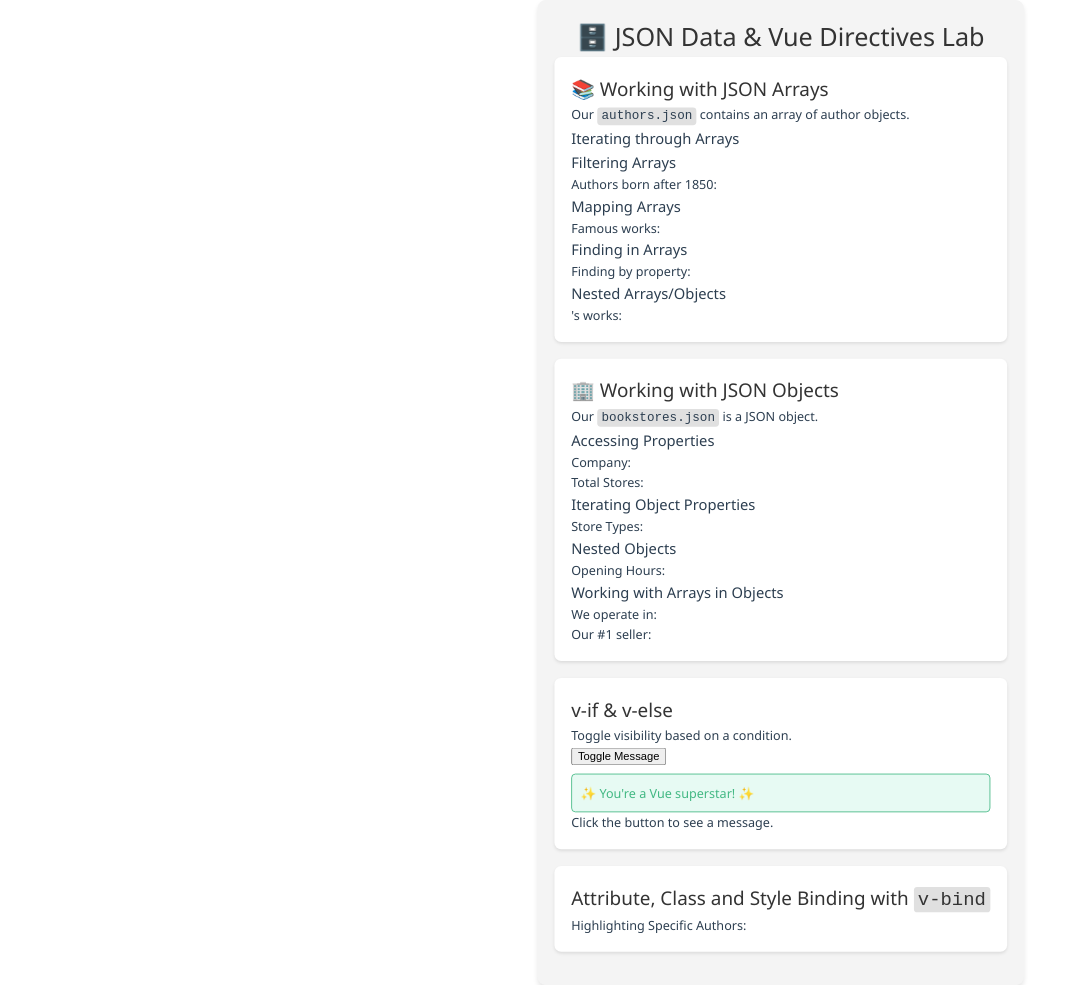
Repository: Andrew-JX/mji-library
Page: /
These files come from the project's save history. The page is drawn as it stood at one moment and after the next save; the edit follows.
The browser window is 1280 px wide. The pictures show the whole page, at 84% of full size.
The project was rebuilt for these pictures with package versions that can differ from the ones it lists, and the page was loaded fresh each time. Also part of the build but not shown: vite.config.js.

Above is the page before, as saved 2025-08-06 14:30:51.

### src/App.vue
<script setup>
import JSONView from "./components/JSON.vue";
</script>

<template>
  <header>
  </header>

  <main>
    <JSONView />
  </main>
</template>

<style scoped>
header {
  line-height: 1.5;
}

.logo {
  display: block;
  margin: 0 auto 2rem;
}

@media (min-width: 1024px) {
  header {
    display: flex;
    place-items: center;
    padding-right: calc(var(--section-gap) / 2);
  }

  .logo {
    margin: 0 2rem 0 0;
  }

  header .wrapper {
    display: flex;
    place-items: flex-start;
    flex-wrap: wrap;
  }
}
</style>

### src/components/JSON.vue
<!-- JSONLab.vue -->
<template>
  <div class="json-lab">
    <h1>🗄️ JSON Data & Vue Directives Lab</h1>

    <section class="lab-section">
      <h2>📚 Working with JSON Arrays</h2>
      <p>Our <code>authors.json</code> contains an array of author objects.</p>

      <h3>Iterating through Arrays</h3>
      <!-- Activity 6: Render a list containing author names and their birth years. Hint: Make use of the v-for directive to iterate through the array of authors. -->
      <!-- TODO: CODE TO RENDER LIST OF AUTHORS HERE -->

      <h3>Filtering Arrays</h3>
      <!-- Activity 7: Render a list containing authors born after 1850. Hint: Make use of the v-for directive to iterate through the array of authors that you have filtered out. -->
      <p>Authors born after 1850:</p>
      <!-- TODO: CODE TO RENDER LIST OF AUTHORS HERE -->

      <h3>Mapping Arrays</h3>
      <p>Famous works:</p>
      <ul>
        <!-- Activity 8: Render a list of all famous works. Hint: Use the v-for directive to iterate through the array of authors that you have filtered out. -->
        <!-- TODO: CODE TO RENDER LIST OF FAMOUS WORKS HERE -->
      </ul>

      <h3>Finding in Arrays</h3>
      <p>Finding by property: {{ orwell?.name }}</p>

      <h3>Nested Arrays/Objects</h3>
      <p>{{ austen?.name }}'s works:</p>
      <!-- Activity 9: Render a list of Austen's works. Hint: Use the v-for directive to iterate through the array of authors that you have filtered out. -->
      <!-- TODO: CODE TO RENDER LIST OF AUSTEN'S WORKS HERE -->
    </section>

    <section class="lab-section">
      <h2>🏢 Working with JSON Objects</h2>
      <p>Our <code>bookstores.json</code> is a JSON object.</p>

      <h3>Accessing Properties</h3>
      <p>
        Company:
        <!-- Activity 9a: Get the company name from the bookstores object. -->
        <!-- TODO: CODE TO GET COMPANY NAME HERE -->
      </p>

      <p>
        Total Stores:
        <!-- Activity 9b: Get the total number of stores from the bookstores object. -->
        <!-- TODO: CODE TO GET TOTAL STORES HERE -->
      </p>

      <h3>Iterating Object Properties</h3>
      <p>Store Types:</p>
      <!-- Activity 10: Iterate through the storeTypes array and display the store type and the number of stores that use that type. -->
      <!-- TODO: CODE TO RENDER LIST OF STORE TYPES HERE -->

      <h3>Nested Objects</h3>
      <p>Opening Hours:</p>
      <!-- Activity 11: Iterate through the openingHours object and display the day of the week and the opening and closing times. -->
      <!-- TODO: CODE TO RENDER LIST OF OPENING HOURS HERE -->

      <h3>Working with Arrays in Objects</h3>
      <!-- Activity 12: Get the top sellers from the bookstores object. -->
      <!-- TODO: CODE TO GET TOP SELLERS HERE -->
      <p>We operate in:</p>
      <p>Our #1 seller:</p>
    </section>

    <section class="lab-section">
      <h2>v-if & v-else</h2>
      <p>Toggle visibility based on a condition.</p>
      <!-- Activity 13: Toggle the message visibility when the button is clicked. -->
      <!-- TODO: CODE TO TOGGLE MESSAGE VISIBILITY HERE. Hint: Use the v-if directive. -->
      <button @click="showMessage = !showMessage">Toggle Message</button>
      <p class="message success">✨ You're a Vue superstar! ✨</p>
      <p>Click the button to see a message.</p>
    </section>

    <section class="lab-section">
      <h2>Attribute, Class and Style Binding with <code>v-bind</code></h2>
      <p>Highlighting Specific Authors:</p>

    </section>
  </div>
</template>

<script setup>
import { ref, computed } from "vue"

// Activity 1: Import JSON files (authors.json and bookstores.json)
// TODO: CODE TO IMPORT JSON FILES HERE

const showMessage = ref(false)

// Activity 2: Get authors born after 1850
const modernAuthors = computed(() => {
  // TODO: CODE TO FILTER ARRAY OF AUTHORS HERE
})

// Activity 3: Get all famous works
const allFamousWorks = computed(() => {
  // TODO: CODE TO GET ALL FAMOUS WORKS HERE
})

// Activity 4: Find author by name
const orwell = computed(() => {
  // TODO: CODE TO FIND AUTHOR BY NAME HERE
})

// Activity 5: Find author by ID
const austen = computed(() => {
  // TODO: CODE TO FIND AUTHOR BY ID HERE
})
</script>

<style scoped>
.json-lab {
  font-family: "Segoe UI", Tahoma, Geneva, Verdana, sans-serif;
  max-width: 80vw;
  margin: 0 auto;
  padding: 20px;
  background-color: #f4f4f4;
  border-radius: 10px;
  box-shadow: 0 4px 6px rgba(0, 0, 0, 0.1);
}

h1,
h2 {
  color: #333;
}

h1 {
  text-align: center;
}

.lab-section {
  background-color: white;
  padding: 20px;
  margin-bottom: 20px;
  border-radius: 8px;
  box-shadow: 0 2px 4px rgba(0, 0, 0, 0.1);
}

.message {
  padding: 10px;
  border-radius: 5px;
  margin-top: 10px;
}

.success {
  background-color: #e7faf3;
  color: #42b883;
  border: 1px solid #42b883;
}

.highlight {
  background-color: #42b883;
}

code {
  background-color: #e0e0e0;
  padding: 2px 5px;
  border-radius: 4px;
  font-family: "Courier New", Courier, monospace;
}

ul {
  list-style-type: none;
  padding: 0;
}

li {
  background-color: #f0f0f0;
  padding: 10px;
  margin: 5px 0;
  border-radius: 5px;
}
</style>

Loaded but not shown: index.html (common file); src/main.js (common file); src/assets/main.css (common file); src/assets/base.css (common file); src/assets/json/authors.json (common file); src/assets/json/bookstores.json (common file)

After the next save:
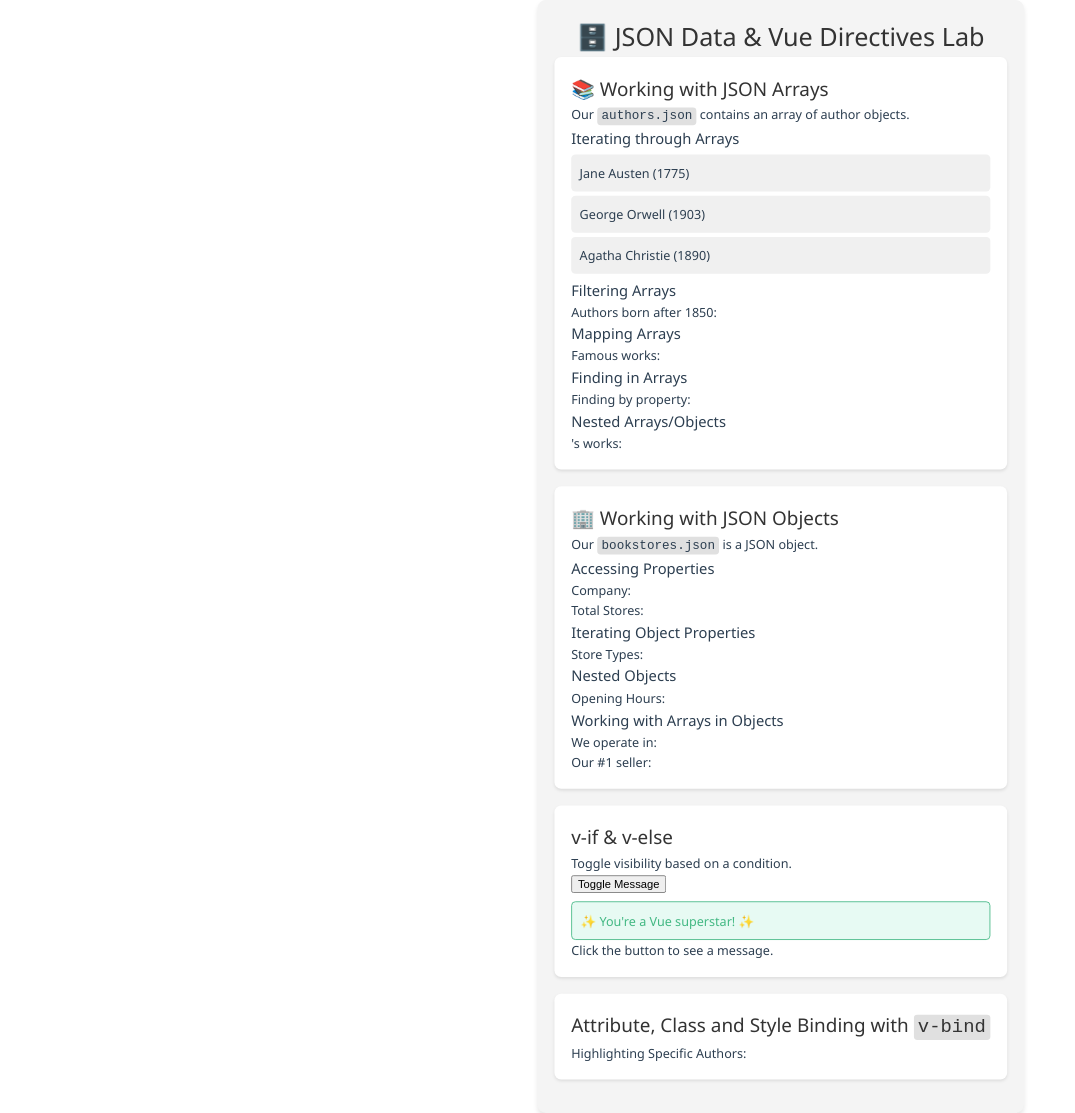
Saved 2 h 21 min later.
--- a/src/components/JSON.vue
+++ b/src/components/JSON.vue
@@ -10,7 +10,11 @@
       <h3>Iterating through Arrays</h3>
       <!-- Activity 6: Render a list containing author names and their birth years. Hint: Make use of the v-for directive to iterate through the array of authors. -->
       <!-- TODO: CODE TO RENDER LIST OF AUTHORS HERE -->
-
+      <ul>
+        <li v-for="author in authors" :key="author.id">
+          {{ author.name }} ({{ author.birthYear }})
+        </li>
+      </ul>
       <h3>Filtering Arrays</h3>
       <!-- Activity 7: Render a list containing authors born after 1850. Hint: Make use of the v-for directive to iterate through the array of authors that you have filtered out. -->
       <p>Authors born after 1850:</p>
@@ -86,30 +90,37 @@
 
 <script setup>
 import { ref, computed } from "vue"
-
+import authorsData from '../assets/json/authors.json'
+import bookstoresData from '../assets/json/bookstores.json'
 // Activity 1: Import JSON files (authors.json and bookstores.json)
 // TODO: CODE TO IMPORT JSON FILES HERE
-
+const authors = ref(authorsData)
+const bookstores = ref(bookstoresData)
 const showMessage = ref(false)
 
 // Activity 2: Get authors born after 1850
 const modernAuthors = computed(() => {
   // TODO: CODE TO FILTER ARRAY OF AUTHORS HERE
+  authors.value.filter(author => author.birthYear > 1850)
 })
 
 // Activity 3: Get all famous works
 const allFamousWorks = computed(() => {
   // TODO: CODE TO GET ALL FAMOUS WORKS HERE
+  authors.value.flatMap(author => author.famousWorks.map(work => work.title))
 })
 
 // Activity 4: Find author by name
 const orwell = computed(() => {
   // TODO: CODE TO FIND AUTHOR BY NAME HERE
+  authors.value.find(author => author.name === 'George Orwell')
 })
 
 // Activity 5: Find author by ID
 const austen = computed(() => {
   // TODO: CODE TO FIND AUTHOR BY ID HERE
+  authors.value.find(author => author.id === 1)  // Jane Austen
+
 })
 </script>
 
